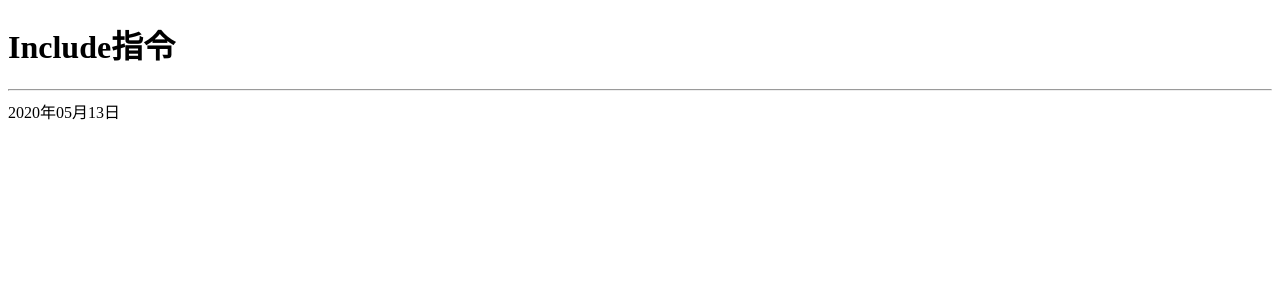
Repository: chengshide/Servlet
Page: http://localhost/JavabeansDemo1/include_Atcition.jsp
These files come from the project's save history. The page is drawn as it stood at one moment and after the next save; the edit follows.
The browser window is 1280 px wide. The pictures show the whole page.
The page is served by Tomcat 9. Other server files are loaded and not shown.

Above is the page before, as saved 2020-05-14 02:27:42.

### eclipseworlk/JavabeansDemo1/WebContent/include_Atcition.jsp
<%@ page language="java" contentType="text/html; charset=utf-8"
    pageEncoding="utf-8"%>
<!DOCTYPE html>
<html>
<head>
<meta charset="utf-8">
<title>Insert title here</title>
</head>
<body>
    <h1>Include指令</h1>
    <hr>
    <%@ include file="date.jsp" %>
</body>
</html>

### eclipseworlk/JavabeansDemo1/WebContent/date.jsp
<%@ page language="java" import="java.util.*" contentType="text/html; charset=utf-8"
    pageEncoding="utf-8"%>
<%@ page import="java.text.*" %>
<%
  Date d=new Date();
  SimpleDateFormat sdf=new SimpleDateFormat("yyyy年MM月dd日");
  String s=sdf.format(d);
  out.println(s);

%>

After the next save:
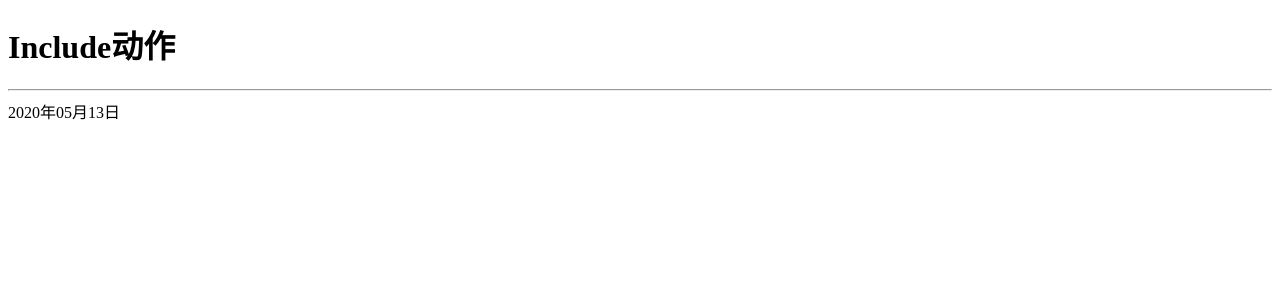
Saved 6 min 48 s later.
--- a/eclipseworlk/JavabeansDemo1/WebContent/include_Atcition.jsp
+++ b/eclipseworlk/JavabeansDemo1/WebContent/include_Atcition.jsp
@@ -7,8 +7,8 @@
 <title>Insert title here</title>
 </head>
 <body>
-    <h1>Include指令</h1>
+    <h1>Include动作</h1>
     <hr>
-    <%@ include file="date.jsp" %>
+    <jsp:include page="date.jsp" flush="false" />
 </body>
 </html>
